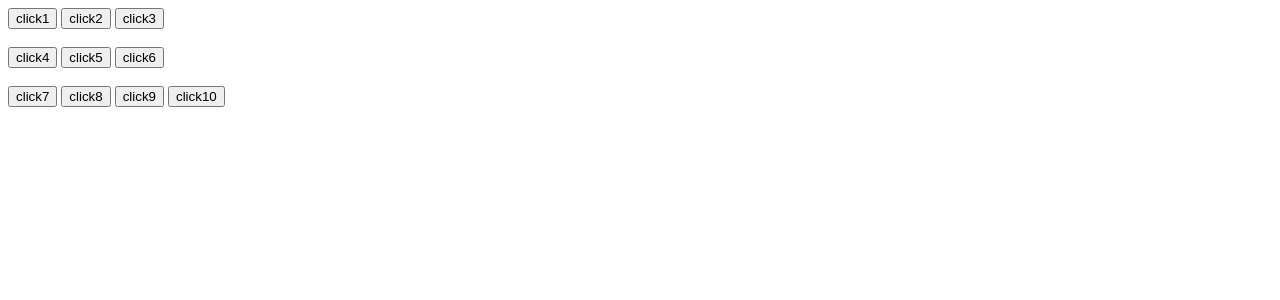
Repository: yhj4130/JsonStudy
Page: JsonApp01/WebContent/JsonTest10.html
These files come from the project's save history. The page is drawn as it stood at one moment and after a run of saves; the edit follows.
The browser window is 1280 px wide. The pictures show the whole page.

Above is the page before, as saved 2019-05-31 07:01:14.

### JsonApp01/WebContent/JsonTest10.html
<script type="text/javascript">

	var obj6 =
	[
		"test"
	]

	var obj6_1 =
	[
		"test1", "test2"
	]

	var obj6_2 =
	[
		"test1", "test2", 123, 123+1
	]

</script>

<form>
	<input type="button" value="click1" onclick="alert(obj6)">
	<!-- test -->
	<input type="button" value="click2" onclick="alert(obj6_1)">
	<!-- test1, test2 -->
	<input type="button" value="click3" onclick="alert(obj6_2)">
	<!-- test1, test2, 123, 124 -->

	<br><br>

	<input type="button" value="click4" onclick="alert(typeof obj6)">
	<!-- object -->
	<input type="button" value="click5" onclick="alert(typeof obj6_1)">
	<!-- object -->
	<input type="button" value="click6" onclick="alert(typeof obj6_2)">
	<!-- object -->

	<br><br>

	<input type="button" value="click7" onclick="alert(obj6[0])">
	<!-- test -->
	<input type="button" value="click8" onclick="alert(typeof obj6[0])">
	<!-- string -->

	<input type="button" value="click9" onclick="alert(obj6[1])">
	<!-- undefined -->

	<input type="button" value="click10" onclick="alert(obj6_1[0])">
	<!-- test1 -->

</form>

After the next 2 saves:
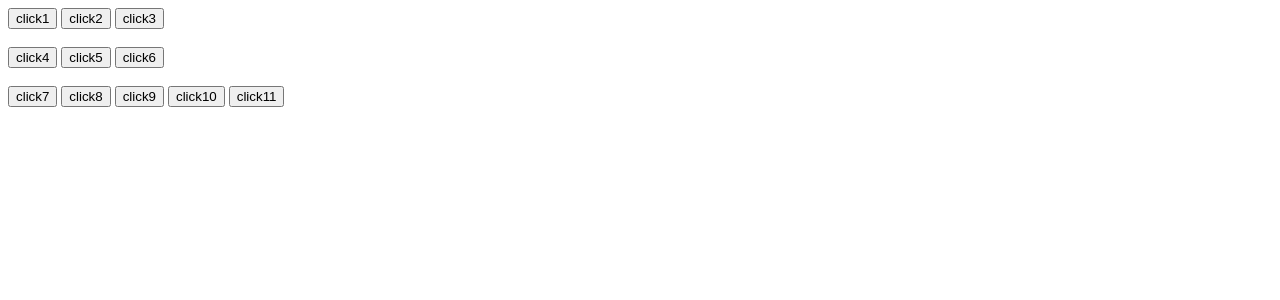
Console error (its wording comes from the project's code and is left out).
The 2 saves are shown as one change because they came seconds apart.
The last was saved 11 s later.
--- a/JsonApp01/WebContent/JsonTest10.html
+++ b/JsonApp01/WebContent/JsonTest10.html
@@ -46,5 +46,6 @@
 
 	<input type="button" value="click10" onclick="alert(obj6_1[0])">
 	<!-- test1 -->
+	<input type="button" value="click11" onclick="alert(obj6_1[1)">
 
 </form>

After the 2 saves that followed:
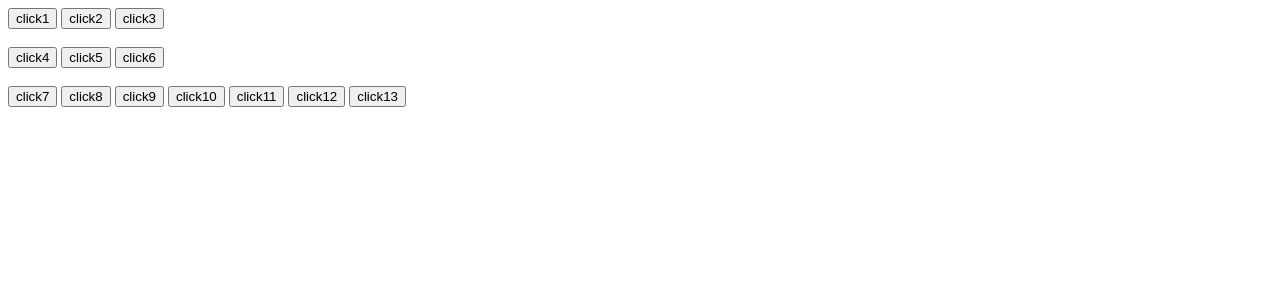
The error is gone.
The 2 saves are shown as one change because 1 left the picture as it was.
The last was saved 41 s later.
--- a/JsonApp01/WebContent/JsonTest10.html
+++ b/JsonApp01/WebContent/JsonTest10.html
@@ -46,6 +46,11 @@
 
 	<input type="button" value="click10" onclick="alert(obj6_1[0])">
 	<!-- test1 -->
-	<input type="button" value="click11" onclick="alert(obj6_1[1)">
+	<input type="button" value="click11" onclick="alert(obj6_1[1])">
+	<!-- test2 -->
+	<input type="button" value="click12" onclick="alert(typeof obj6_1[0])">
+	<!-- test1 -->
+	<input type="button" value="click13" onclick="alert(typeof obj6_1[1])">
+	<!-- test2 -->
 
 </form>
